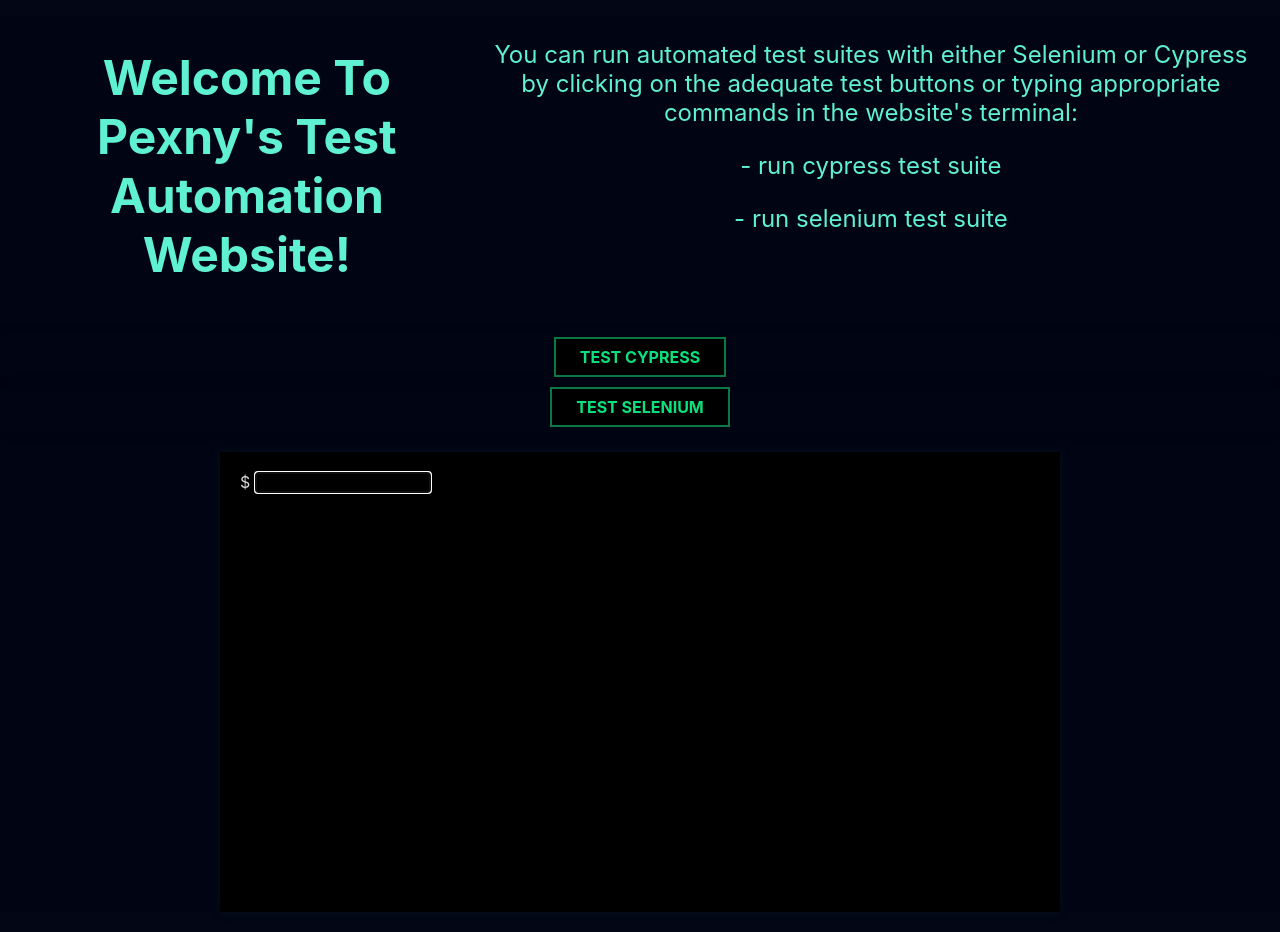
Repository: p3xny/Test-Automation-Website
Page: / (app in client/)
An editor plug-in stored every save of this project. The page is shown before and after the next save, followed by the edit.
The browser window is 1280 px wide. The pictures show the whole page.
The project was rebuilt for these pictures with package versions that can differ from the ones it lists, and the page was loaded fresh each time. Also part of the build but not shown: client/src/components/UI/TestMenu.js.

Above is the page before, as saved 2023-08-23 23:12:51.

### client/src/index.css
body {
  margin: 0;
  font-family: -apple-system, BlinkMacSystemFont, "Segoe UI", "Roboto", "Oxygen",
    "Ubuntu", "Cantarell", "Fira Sans", "Droid Sans", "Helvetica Neue",
    sans-serif;
  -webkit-font-smoothing: antialiased;
  -moz-osx-font-smoothing: grayscale;
  background-color: rgba(0, 5, 20, 0.993);
}

code {
  font-family: source-code-pro, Menlo, Monaco, Consolas, "Courier New",
    monospace;
}

### client/src/App.js
import React from "react";

import "./App.css";

import WelcomeMessage from "./components/UI/WelcomeMessage";
import Tests from "./components/Tests";
import Terminal from "./components/Terminal/Terminal";

function App() {
  return (
    <div className="App">
      <header className="App-header">
        <WelcomeMessage />
      </header>
      <Tests testTool="cypress" buttonId="cypress-menu" />
      <Tests testTool="selenium" buttonId="selenium-menu" />
      <Terminal />
    </div>
  );
}

export default App;

### client/src/App.css
.App {
  text-align: center;
  background: rgba(0, 5, 20, 0.993);
}

.App-logo {
  height: 40vmin;
  pointer-events: none;
}

@media (prefers-reduced-motion: no-preference) {
  .App-logo {
    animation: App-logo-spin infinite 20s linear;
  }
}

.App-header {
  /* background-color: rgba(0, 5, 20, 0.993); */
  /* min-height: 100vh; */
  /* display: flex; */
  /* flex-direction: column; */
  /* align-items: center; */
  /* justify-content: center; */
  font-size: calc(10px + 2vmin);
  color: white;
}

.App-link {
  color: #61dafb;
}

@keyframes App-logo-spin {
  from {
    transform: rotate(0deg);
  }
  to {
    transform: rotate(360deg);
  }
}

### client/src/components/UI/WelcomeMessage.js
import React from "react";

import styles from "./WelcomeMessage.module.css";

const WelcomeMessage = (props) => {
  return (
    <div className={styles.WelcomeMessage}>
      <h1>Welcome To Pexny's Test Automation Website!</h1>
      <p>
        You can run automated test suites with either Selenium or Cypress by
        clicking on the adequate test buttons or typing appropriate commands in
        the website's terminal:
        <p>- run cypress test suite</p>
        <p>- run selenium test suite</p>
      </p>
    </div>
  );
};

export default WelcomeMessage;

// const describeOriginal = require("mocha").describe;

// require("mocha").describe = (describeTitle) => {
//   TestListener.watch(describeTitle);
//   describeOriginal(describeTitle);
// };

### client/src/components/Tests.js
import React, { useState, useEffect } from "react";

import styles from "./UI/Button.module.css";

import TestMenu from "./UI/TestMenu";
import Button from "./UI/Button";
import Card from "./UI/Card";

const testCases = [
  {
    cypress: [
      { id: 1, name: "Cypress Full Test", command: "" },
      { id: 2, name: "Cypress Buttons Test", command: "" },
      { id: 3, name: "Cypress Terminal Test", command: "" },
    ],
    selenium: [
      { id: 1, name: "Selenium Full Test", command: "pytest -v" },
      {
        id: 2,
        name: "Selenium Buttons Test",
        command: "pytest -v test_client_buttons.py",
      },
      {
        id: 3,
        name: "Selenium Terminal Test",
        command: "pytest -v test_client_terminal.py",
      },
    ],
  },
];

const Tests = (props) => {
  const [isActive, setIsActive] = useState(false);

  const makeActiveHandler = (event) => {
    setIsActive(true);
    console.log("Activated!");
  };

  const makeInactiveHandler = (event) => {
    setIsActive(false);
  };

  const filterButtons = testCases.find((test) =>
    test.hasOwnProperty(props.testTool)
  );

  return (
    <div>
      {!isActive && (
        <Card>
          <Button
            name={`TEST ${props.testTool.toUpperCase()}`}
            id={`test-button-${props.buttonId}`}
            testFamily={props.testTool}
            onActivate={makeActiveHandler}
          />
        </Card>
      )}
      {isActive && (
        <Card>
          <TestMenu tests={filterButtons[props.testTool]} testTool="cypress" />
          <button
            className={styles.button}
            id={"back-button"}
            onClick={makeInactiveHandler}
          >
            BACK
          </button>
        </Card>
      )}
    </div>
  );
};

export default Tests;

### client/src/components/Terminal/Terminal.js
import React, { useState } from "react";

import styles from "./Terminal.module.css";

import Card from "../UI/Card";

const Terminal = (props) => {
  const [terminalInput, setTerminalInput] = useState("");
  const [terminalOutput, setTerminalOutput] = useState([]);

  const terminalInputHandler = (event) => {
    setTerminalInput(event.target.value);
    console.log(event.target.value);
  };

  const submitHandler = (event) => {
    event.preventDefault();
    writeToTerminal(`$ ${terminalInput}\n`);
    processCommand(terminalInput);
    setTerminalInput("");
  };

  const writeToTerminal = (message) => {
    setTerminalOutput((prevOutput) => [...prevOutput, message]);
  };

  const processCommand = async (command) => {
    try {
      const response = await fetch("http://localhost:5000/run_tests", {
        method: "POST",
        headers: {
          "Content-Type": "application/json",
        },
        body: JSON.stringify({ command }),
      });

      if (command === "clear" || command === "cls") {
        setTerminalOutput([]);
        return;
      }

      const data = await response.json();

      if (data.success) {
        writeToTerminal(data.output);
      } else {
        writeToTerminal(`Error: ${data.error}\n`);
      }
    } catch (error) {
      writeToTerminal(`Error: ${error}\n`);
    }
  };

  const highlightWords = (message) => {
    const greenWords = [
      "success",
      "Success",
      "SUCCESS",
      "passed",
      "Passed",
      "PASSED",
    ];
    const redWords = [
      // "error",
      // "Error",
      // "ERROR",
      "failed",
      "Failed",
      "FAILED",
      "FAILURES",
    ];
    const parts = message.split(
      new RegExp(`(${greenWords.concat(redWords).join("|")})`, "g")
    );

    return parts.map((part, index) => {
      if (greenWords.includes(part.toLowerCase())) {
        return (
          <span className={styles["highlighted-green"]} key={index}>
            {part}
          </span>
        );
      } else if (redWords.includes(part.toLowerCase())) {
        return (
          <span className={styles["highlighted-red"]} key={index}>
            {part}
          </span>
        );
      }
      return part;
    });
  };

  return (
    <div className={styles.terminal}>
      <div id="output">
        {terminalOutput.map((message, index) => (
          <pre key={index} className={styles.outputContent}>
            {highlightWords(message)}
          </pre>
        ))}
      </div>
      <form id="input-form" onSubmit={submitHandler}>
        <span>$</span>
        <input
          className={styles.input}
          type="text"
          id="command-input"
          value={terminalInput}
          onChange={terminalInputHandler}
          autoFocus
        />
      </form>
    </div>
  );
};

export default Terminal;

### client/src/components/UI/WelcomeMessage.module.css
.WelcomeMessage {
  color: rgb(96, 241, 210);
  font-size: 1.5rem;
  /* font-weight: bold; */
  text-align: center;
  margin: 1rem 1rem 1rem;
  display: flex;
}

### client/src/components/UI/Button.module.css
.button {
  width: 100%;
  font: inherit;
  font-weight: bold;
  padding: 0.5rem 1.5rem;
  border: 2px solid rgb(8, 121, 68);
  color: rgb(9, 226, 125);
  background: black;
  box-shadow: 0 0 4px rgba(0, 0, 0, 0.26);
  cursor: pointer;
  margin: 5px;
}

.button:focus {
  outline: none;
}

.button:hover,
.button:active {
  background: rgb(8, 121, 68);
  border-color: rgb(9, 226, 125);
  color: black;
  box-shadow: 0 0 8px rgba(0, 0, 0, 0.26);
}

@media (min-width: 768px) {
  .button {
    width: auto;
  }
}

### client/src/components/UI/Button.js
import styles from "./Button.module.css";

const Button = (props) => {
  return (
    <button id={props.id} className={styles.button} onClick={props.onActivate}>
      {props.name}
    </button>
  );
};

export default Button;

### client/src/components/UI/Card.js
import styles from "./Card.module.css";

const Card = (props) => {
  const classes = styles.card + " " + props.className;
  return <div className={classes}>{props.children}</div>;
};

export default Card;

### client/src/components/Terminal/Terminal.module.css
.terminal {
  margin-top: 20px;
  margin-bottom: 20px;
  margin-left: auto;
  margin-right: auto;

  /* border: 1px solid rgb(8, 121, 68); */
  padding: 20px;
  width: 80%;
  max-width: 800px;
  min-height: 420px;
  max-height: 420px;
  background-color: black;
  overflow-y: auto;
  overflow-x: auto;
  box-shadow: 0 0 10px rgba(23, 78, 62, 0.2);
  overflow-wrap: break-word;
}

#output {
  white-space: pre-wrap;
}

.outputContent {
  text-align: left;
  font-family: monospace;
  overflow-wrap: break-word;
  color: rgba(255, 255, 255, 0.842);
}

.highlighted-green {
  font-family: monospace;
  font-weight: bold;
  color: rgb(12, 145, 12);
}

.highlighted-red {
  font-family: monospace;
  font-weight: bold;
  color: rgb(158, 2, 2);
}

.input {
  background-color: transparent;
  /* border: none; */
  color: rgba(255, 255, 255, 0.842);
  font-family: monospace;
  caret-color: rgba(255, 255, 255, 0.842);
  margin: 0 5px;
}

form {
  display: flex;
  align-items: left;
}

span {
  color: rgba(255, 255, 255, 0.842);
  font-size: 1rem;
}

Loaded but not shown: client/public/index.html (common file); client/src/index.js (common file); client/src/reportWebVitals.js (common file); client/src/components/UI/Card.module.css (common file)

After the next save:
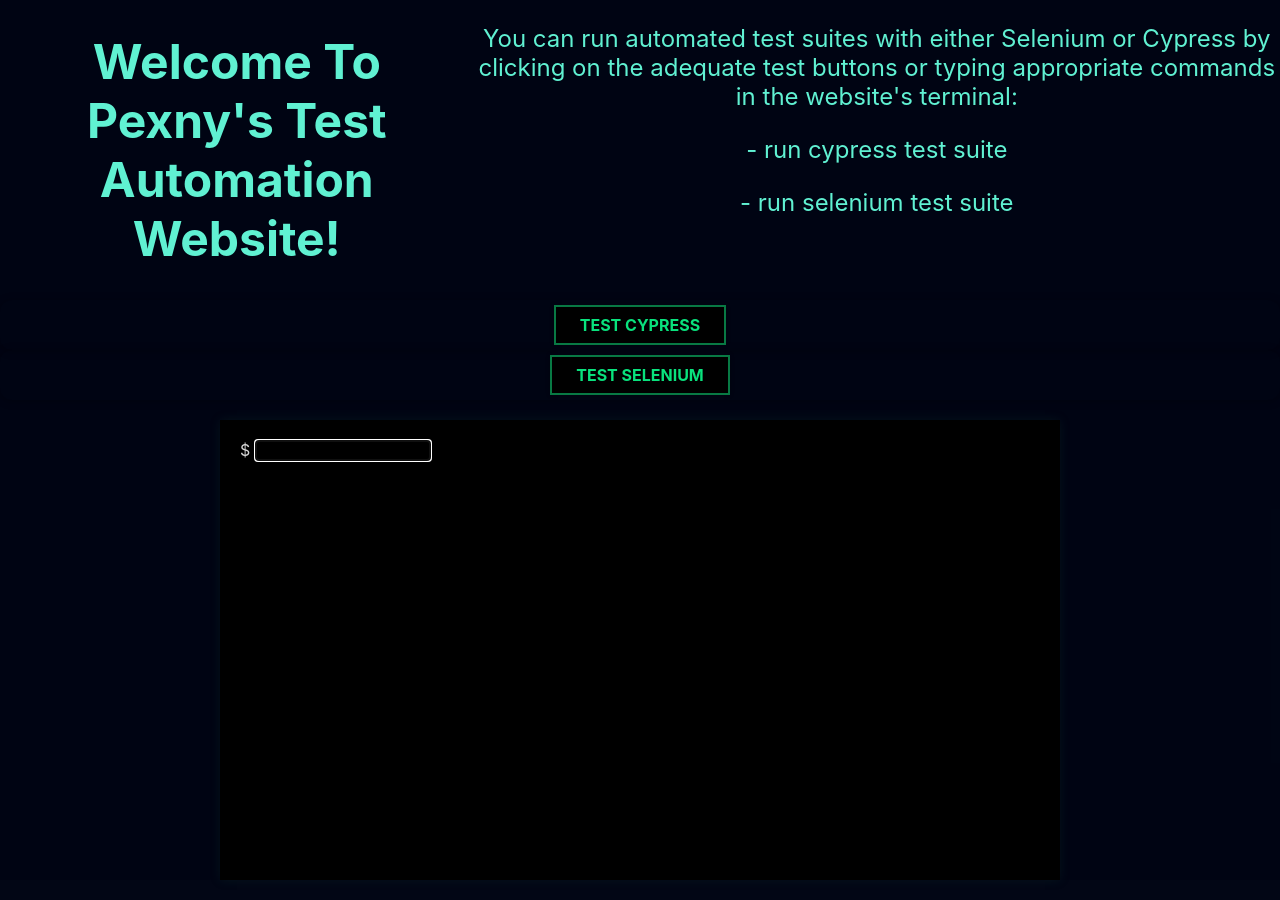
Saved 16 s later.
--- a/client/src/components/UI/WelcomeMessage.module.css
+++ b/client/src/components/UI/WelcomeMessage.module.css
@@ -3,6 +3,6 @@
   font-size: 1.5rem;
   /* font-weight: bold; */
   text-align: center;
-  margin: 1rem 1rem 1rem;
+  margin: auto;
   display: flex;
 }
